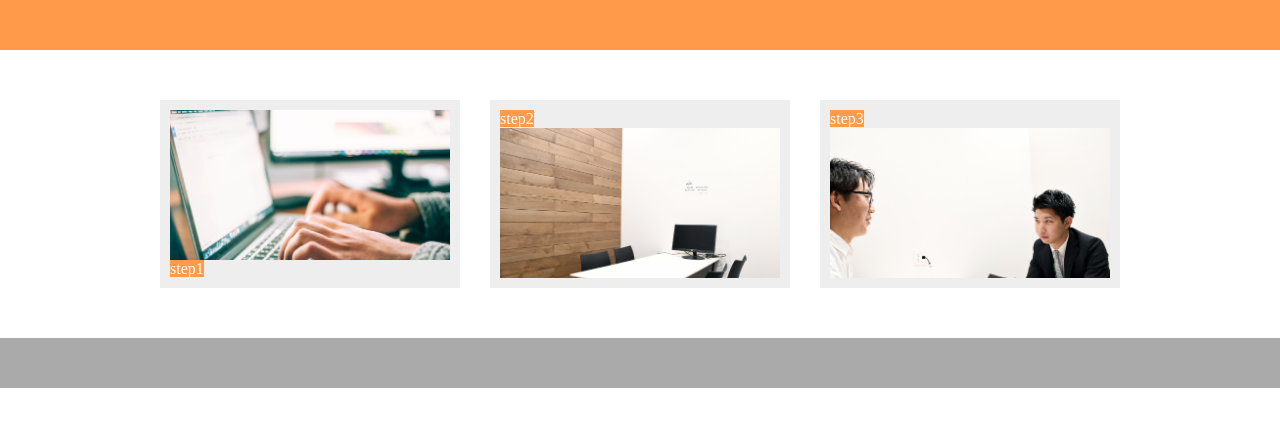
Repository: kiruha313/DWC
Page: exersise9/index.html
The author's editor kept a record of every edit. The page is drawn from the files as they stood at one moment, then again after the next edit.
The browser window is 1280 px wide. The pictures show the whole page.

Above is the page before.

After the next edit:
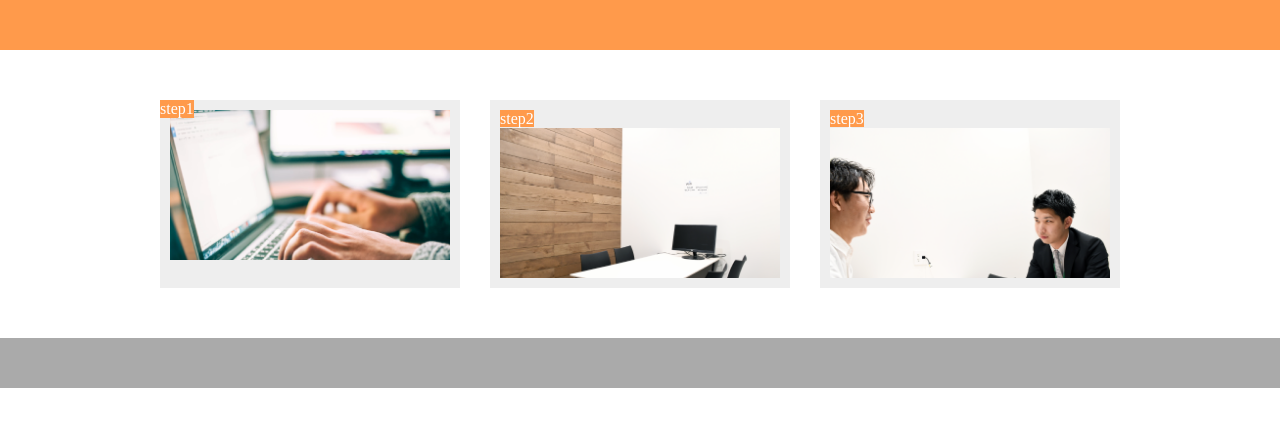
The edit:
--- a/exersise9/style.css
+++ b/exersise9/style.css
@@ -30,7 +30,7 @@
 }
 
 .step1 {
-  position: absolute
+  position: absolute;
   top: 0;
   left: 0;
   color: #fff;
